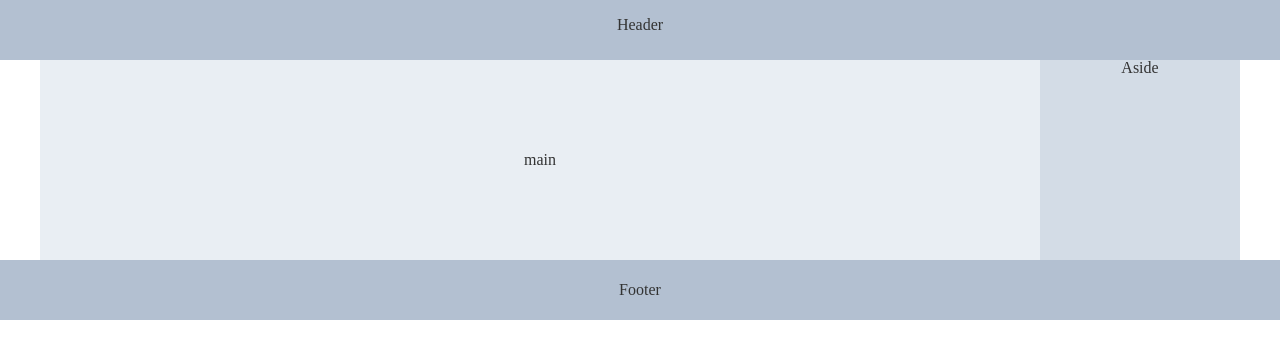
Repository: Trayvon21/cnode
Page: /
An editor plug-in stored every save of this project. The page is shown before and after the next save, followed by the edit.
The browser window is 1280 px wide. The pictures show the whole page.
The project was rebuilt for these pictures with package versions that can differ from the ones it lists, and the page was loaded fresh each time. Also part of the build but not shown: vue.config.js.

Above is the page before, as saved 2019-12-16 13:37:53.

### public/index.html
<!DOCTYPE html>
<html lang="en">

<head>
    <meta charset="utf-8">
    <meta http-equiv="X-UA-Compatible" content="IE=edge">
    <meta name="viewport" content="width=device-width,initial-scale=1.0">
    <link rel="stylesheet" href="./css/reset.css">
    <link rel="icon" href="<%= BASE_URL %>favicon.ico">
    <title>demo</title>
</head>

<body>
    <noscript>
      <strong>We're sorry but demo doesn't work properly without JavaScript enabled. Please enable it to continue.</strong>
    </noscript>
    <div id="app"></div>
    <!-- built files will be auto injected -->
</body>

</html>

### src/main.js
import Vue from 'vue'
import App from './App.vue'
import router from './router'
import store from './store'
import service from './http'
import ElementUI from 'element-ui';
import 'element-ui/lib/theme-chalk/index.css';
import axios from 'axios'
Vue.use(ElementUI);
Vue.config.productionTip = false
Vue.prototype.$axios = service
new Vue({
    router,
    store,
    render: h => h(App)
}).$mount('#app')

### src/App.vue
<template>
 <div>
<router-view></router-view>
 </div>
</template>

<script>
 export default {
   data () {
     return {

     }
   },
   components: {

   },
   methods: {

   },
   mounted() {

   },
   watch: {

   },
   computed: {

   }
 }
</script>

<style scoped lang='scss'>

</style>

### src/router/index.js
import Vue from 'vue'
import VueRouter from 'vue-router'
import Home from '../views/Home.vue'

Vue.use(VueRouter)

const routes = [{
        path: '/',
        component: Home,
        children: [{
            path: '',
            name: 'main',
            component: () =>
                import ('../views/main/Main')
        }]
    }, {
        path: '/login',
        component: Home,
        children: [{
            path: '',
            name: 'login',
            component: () =>
                import ('../views/Login/Login')
        }]
    }, {
        path: '/:id',
        component: Home,
        children: [{
            path: '',
            name: 'detail',
            component: () =>
                import ('../views/detail/Detail')
        }]
    }, {
        path: '*',
        name: 'error',
        component: () => ('../views/error')
    }

]

const router = new VueRouter({
    mode: 'history',
    base: process.env.BASE_URL,
    routes
})

export default router

### src/http/index.js
import axios from 'axios'
import qs from 'qs'
import { Loading, Message } from 'element-ui'

// let loading = null


// 判断当前环境是生产环境还是开发环境
// process.env.NODE_ENV的值决定当前环境
// production为生产环境 development为开发环境
const isProduction = process.env.NODE_ENV === 'production'

// 创建axios配置对象
const service = axios.create()

// 接口基础路径
service.defaults.baseURL = isProduction ? '线上接口路径' : '/api'

// 超时时间
service.defaults.timeout = 10000
    // 请求头类型
service.defaults.headers.post['Content-Type'] = 'application/x-www-form-urlencoded'

// 请求拦截器
service.interceptors.request.use(config => {
    loading = Loading.service({
        text: '正在加载中......'
    })
    let token = localStorage.getItem('adminToken')
        // 每次请求 都在请求头带上token
    if (token) {
        config.headers['Authorization'] = 'Bearer ' + token
    }
    return config
}, err => {
    console.log(err)
    return Promise.reject(err)
})

// 响应拦截器
service.interceptors.response.use(response => {
    if (loading) {
        loading.close()
    }
    return response.data
}, err => {
    // if (err.response.status === 401) {
    //   Message.error(err.response.data.msg)
    // }
})

service.req = function(...params) {
    if (params.length === 1) {
        return service.get(params[0])
    }
    if (params.length === 2) {
        return service.post(params[0], qs.stringify(params[1]))
    }
}

export default service

### src/views/Home.vue
<template>
  <div>
    <el-container>
      <el-header>Header</el-header>
      <el-container class="main">
        <el-main>
          <router-view />
        </el-main>
        <el-aside width="200px">Aside</el-aside>
      </el-container>
      <el-footer>Footer</el-footer>
    </el-container>
  </div>
</template>

<script>
export default {
  data() {
    return {};
  },
  components: {},
  methods: {},
  mounted() {},
  watch: {},
  computed: {}
};
</script>

<style scoped lang='scss'>
.el-header {
  background-color: #b3c0d1;
  color: #333;
  text-align: center;
  line-height: 50px;
}
.el-main {
  background-color: #e9eef3;
  color: #333;
  text-align: center;
  line-height: 160px;
}
.el-aside {
  background-color: #d3dce6;
  color: #333;
  text-align: center;
}

.el-footer {
  background-color: #b3c0d1;
  color: #333;
  text-align: center;
  line-height: 60px;
}
body > .el-container {
  margin-bottom: 40px;
}
.main {
  width: 1200px;
  margin: 0 auto;
}
body {
  background: #e9eef3 !important;
}
</style>

### src/views/main/Main.vue
<template>
  <div>main</div>
</template>

<script>
export default {
  data() {
    return {};
  },
  components: {},
  methods: {},
  mounted() {},
  watch: {},
  computed: {}
};
</script>

<style scoped lang='scss'>
</style>

Loaded but not shown: src/store/index.js (common file); public/css/reset.css (common file)

After the next save:
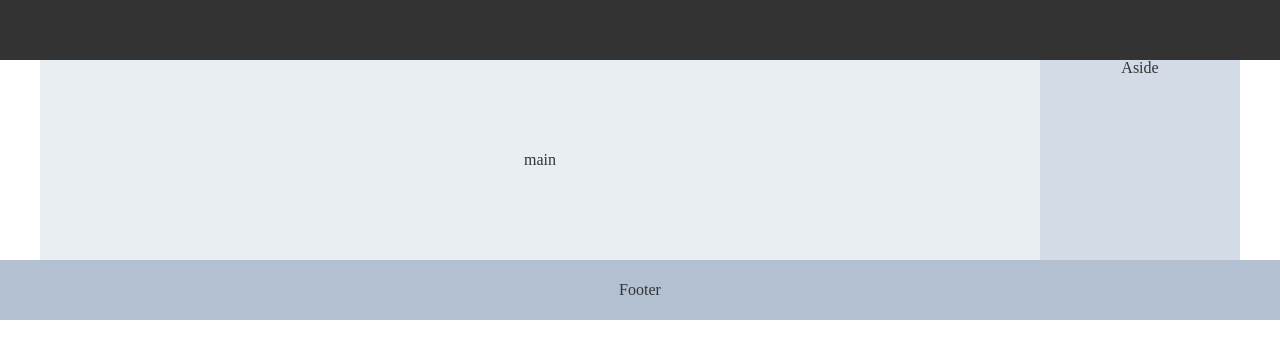
Saved 38 s later.
--- a/src/views/Home.vue
+++ b/src/views/Home.vue
@@ -28,7 +28,7 @@ export default {
 
 <style scoped lang='scss'>
 .el-header {
-  background-color: #b3c0d1;
+  background-color: #333;
   color: #333;
   text-align: center;
   line-height: 50px;
